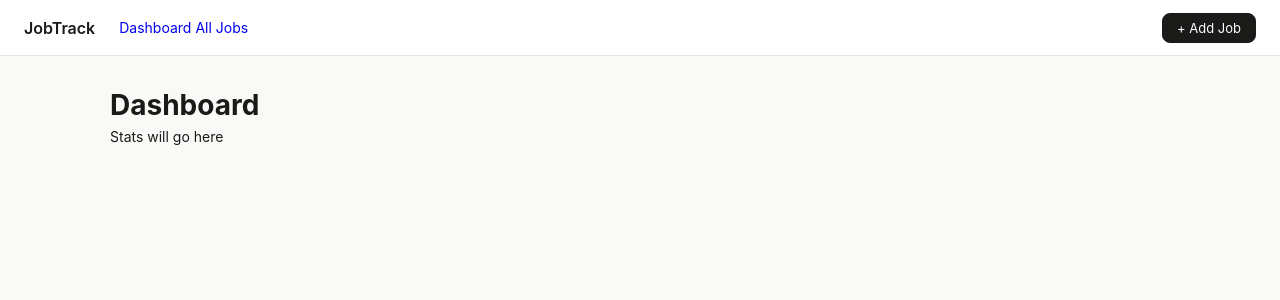
Repository: adtm0/jobtracker
Page: /dashboard (app in frontend/)
The author's editor kept a copy of each file at every save. The page is drawn from the files as they stood at one save, then again after a run of saves.
The browser window is 1280 px wide. The pictures show the whole page.
The project was rebuilt for these pictures with package versions that can differ from the ones it lists, and the page was loaded fresh each time. Also part of the build but not shown: frontend/vite.config.js, frontend/src/pages/Login.jsx, frontend/src/pages/Register.jsx, frontend/src/pages/Jobs.jsx, frontend/src/pages/JobForm.jsx.

Above is the page before, as saved 2026-04-19 18:05:53.

After the next 2 saves:
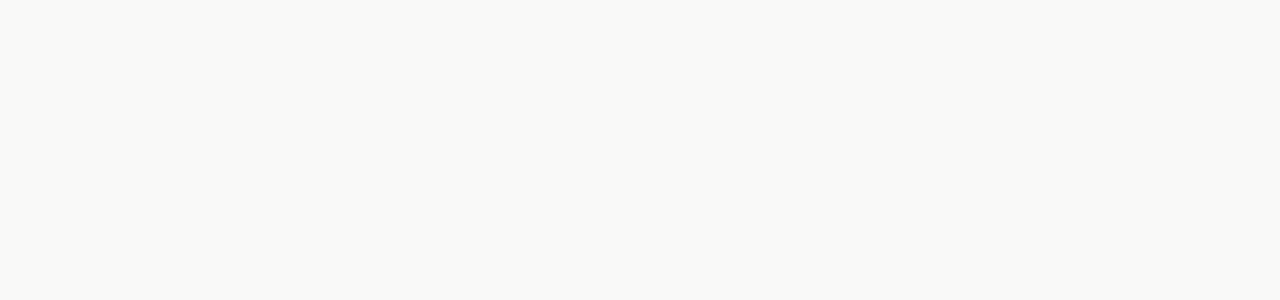
Console error: ReferenceError: fontWeight is not defined
The 2 saves are shown as one change because they came seconds apart.
The last was saved 7 s later.
--- a/frontend/src/components/Navbar.jsx
+++ b/frontend/src/components/Navbar.jsx
@@ -42,4 +42,5 @@
 const linkStyle = ({ isActive }) => ({
   textDecoration: "none",
   fontSize: 14,
+  fontWeight
 });

After the save that followed:
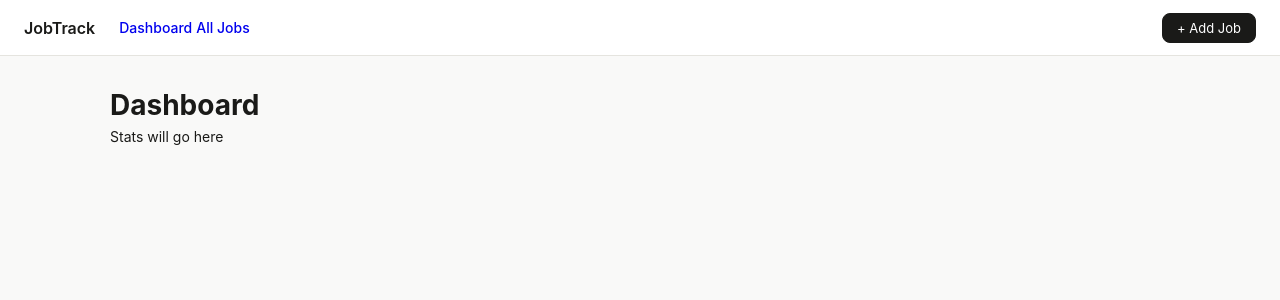
The error is gone.
Saved 5 s later.
--- a/frontend/src/components/Navbar.jsx
+++ b/frontend/src/components/Navbar.jsx
@@ -42,5 +42,5 @@
 const linkStyle = ({ isActive }) => ({
   textDecoration: "none",
   fontSize: 14,
-  fontWeight
+  fontWeight: 500,
 });
